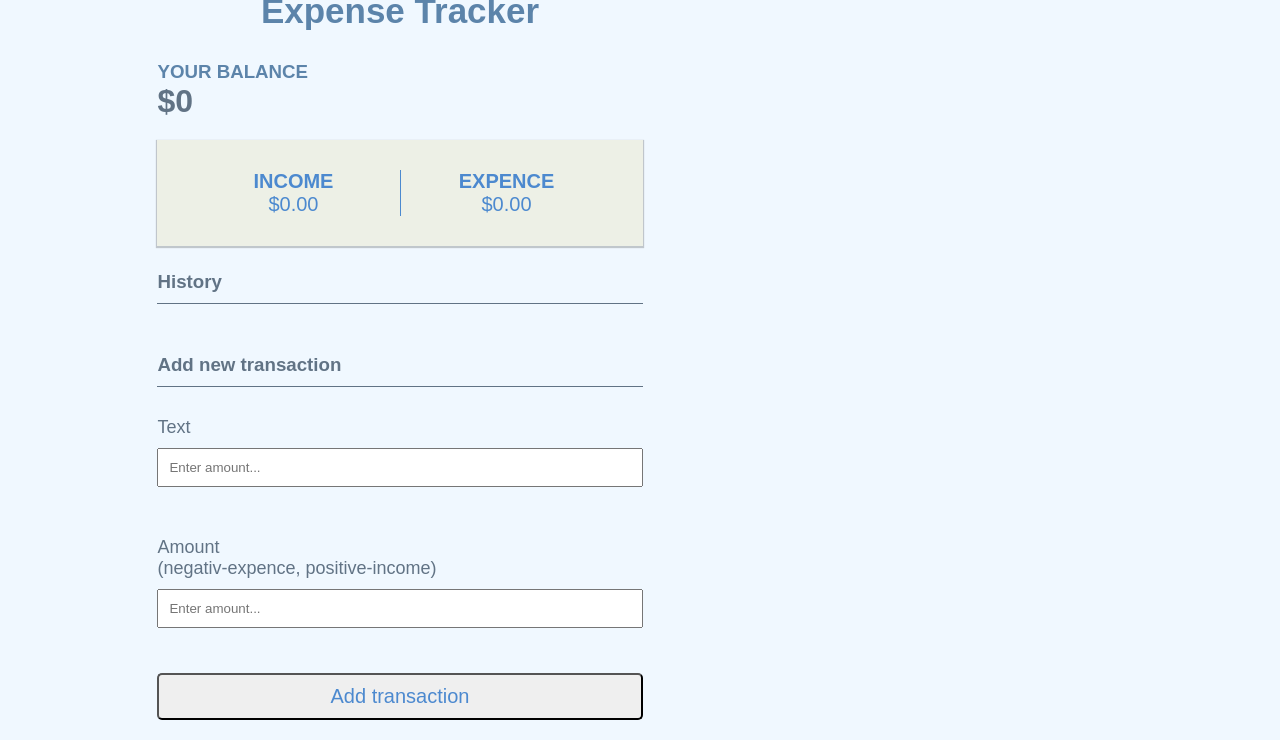
Repository: AbrorjonKuchkarov/expence-tracker-
Page: index.html
The author's editor kept a copy of each file at every save. The page is drawn from the files as they stood at one save, then again after the next save.
The browser window is 1280 px wide. The pictures show the whole page.

Above is the page before, as saved 2022-03-01 17:59:17.

After the next save:
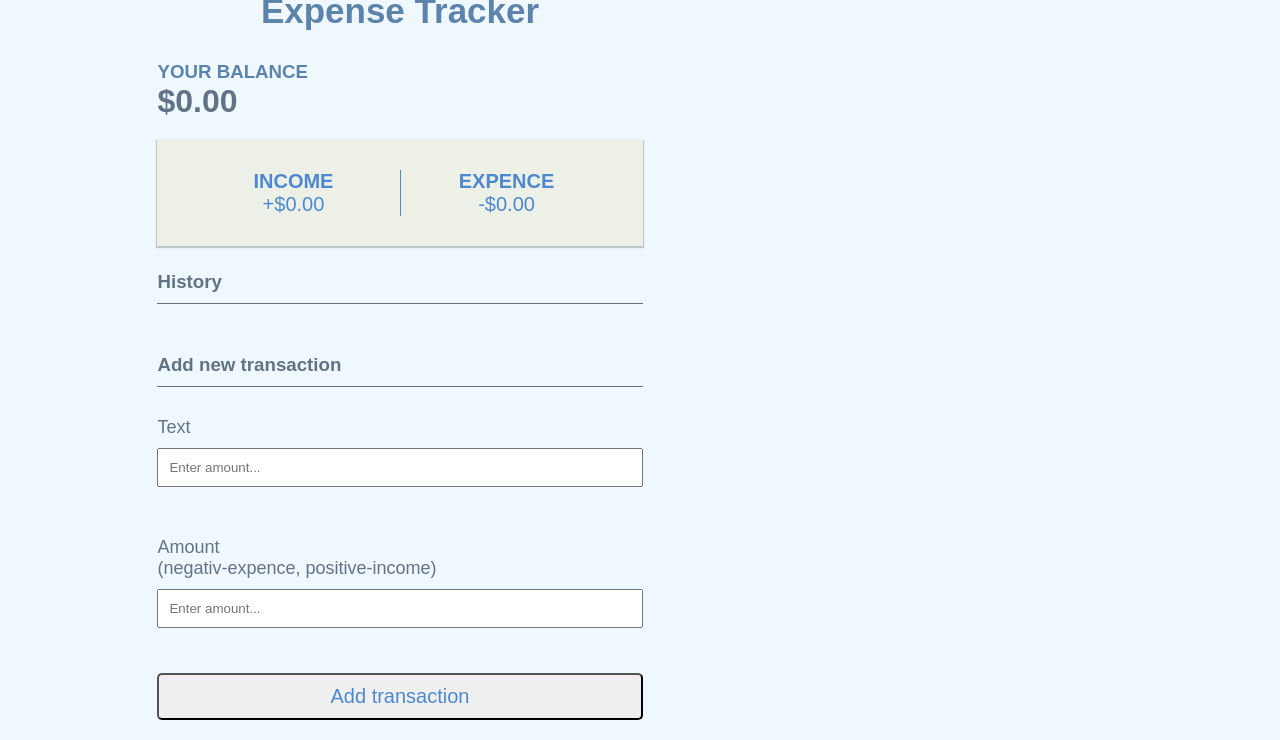
Saved 2 min 12 s later.
--- a/app.js
+++ b/app.js
@@ -71,13 +71,13 @@
    localStorage.setItem('transactions', JSON.stringify(transactions));
 }
 
-function init( ) {
-   ul.innerHTML = '';
-   transactions.forEach(addTransactionToDOM);
-   updateValues()
-}
+// function init( ) {
+//    ul.innerHTML = '';
+//    transactions.forEach(addTransactionToDOM);
+//    updateValues()
+// }
 
-init()
+// init()
 
 
 

After the save that followed:
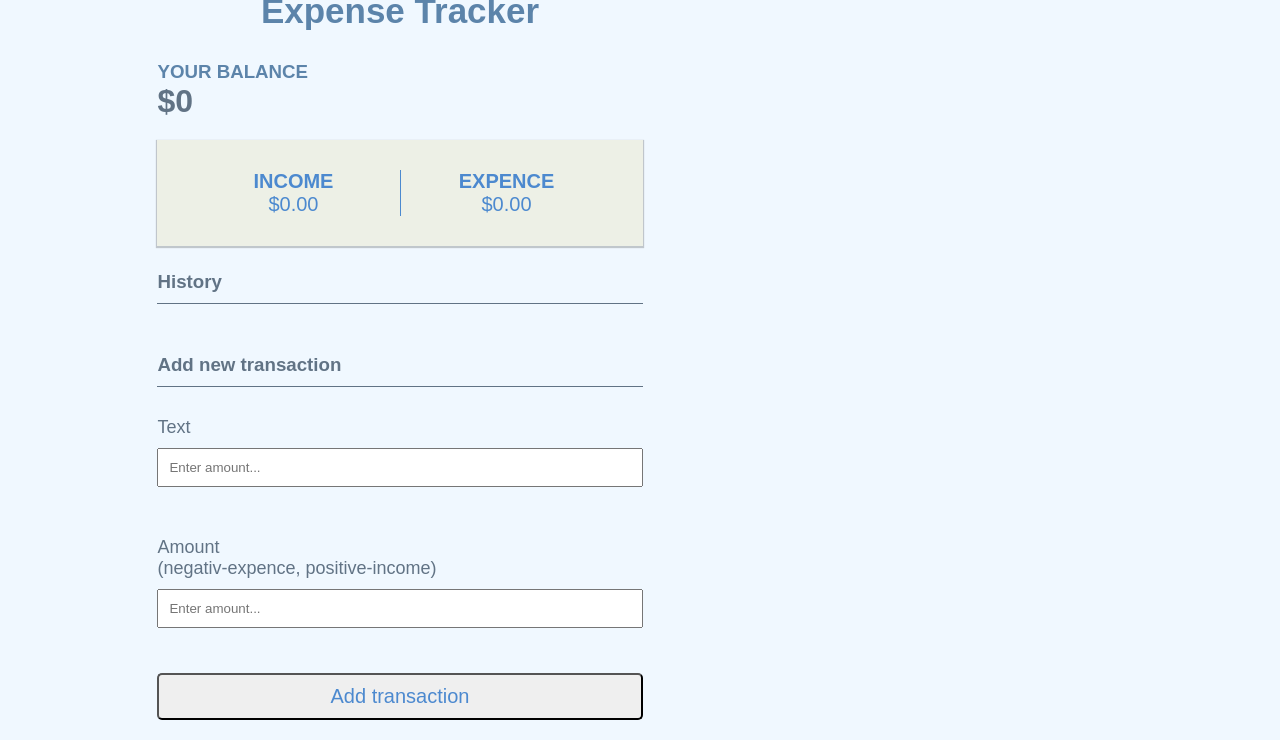
Saved 20 s later.
--- a/app.js
+++ b/app.js
@@ -71,13 +71,13 @@
    localStorage.setItem('transactions', JSON.stringify(transactions));
 }
 
-// function init( ) {
-//    ul.innerHTML = '';
-//    transactions.forEach(addTransactionToDOM);
-//    updateValues()
-// }
+function init( ) {
+   ul.innerHTML = '';
+   transactions.forEach(addTransactionToDOM);
+   updateValues()
+}
 
-// init()
+init()
 
 
 
